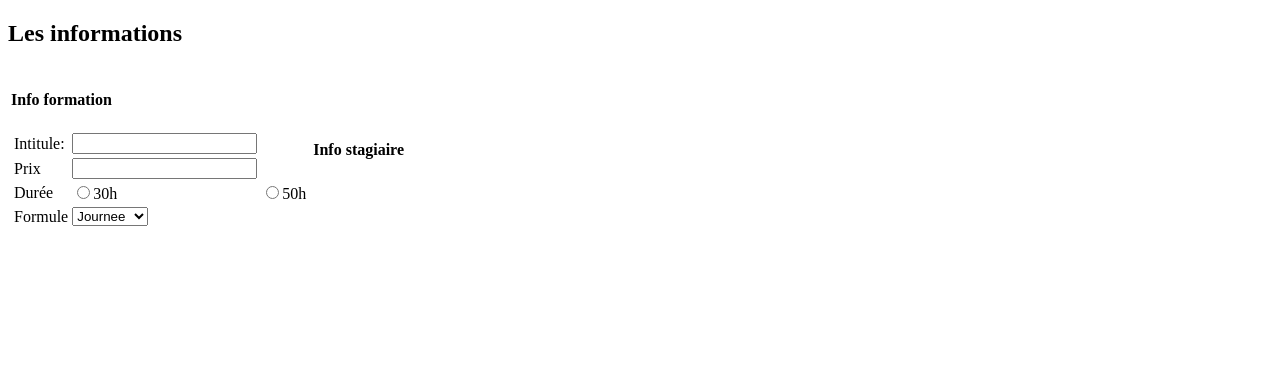
Repository: imouahrani/Gestion-des-stagiaires_JAVAEE
Page: http://localhost/TestProject/Formation.jsp
These files come from the project's save history. The page is drawn as it stood at one moment and after the next save; the edit follows.
The browser window is 1280 px wide. The pictures show the whole page.
The page is served by Tomcat 9. The template is opened directly, without the code that normally fills it, so the values that code supplies are empty.

Above is the page before, as saved 2018-08-01 12:28:12.

After the next save:
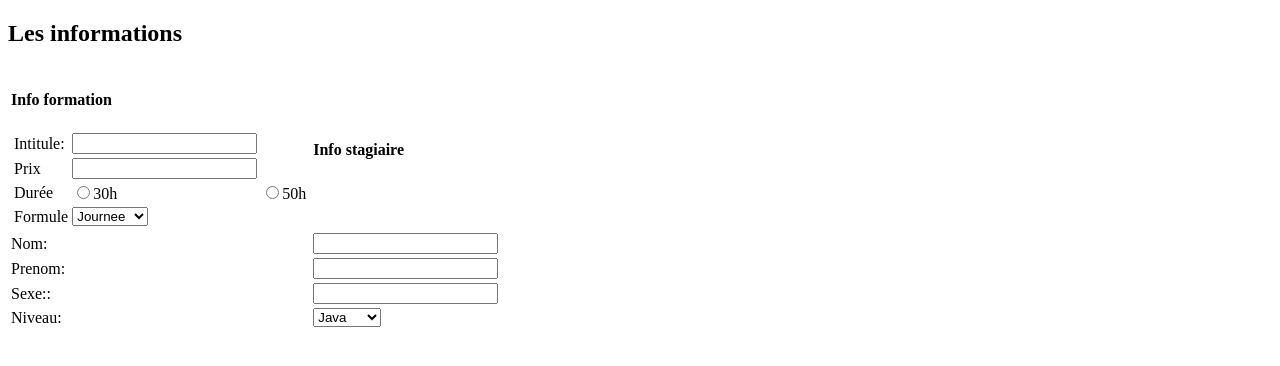
Saved 4 min 39 s later.
--- a/Formation Java Entreprise Edition/TestProject/WebContent/Formation.jsp
+++ b/Formation Java Entreprise Edition/TestProject/WebContent/Formation.jsp
@@ -49,7 +49,7 @@
 							<td>Formule</td>
 							<td>
 
-							<select>
+							<select name = "formule">
 							<option>Journee</option>
 							<option>Soir</option>
 							<option>weekend</option>
@@ -90,9 +90,51 @@
 					<h4>Info stagiaire</h4>
 
 
+<tr>
+							<td>Nom:</td>
+							<td><input type="text" name="nom"></td>
+
+
+						</tr>
+<tr>
+							<td>Prenom:</td>
+							<td><input type="text" name="prenom"></td>
+
+
+						</tr>
+
+<tr>
+							<td>Sexe::</td>
+							<td><input type="text" name="sexe"></td>
+
+
+						</tr>
+<tr>
+							<td>Niveau:</td>
+							<td>
+
+							<select name="f">
+							<option>Java</option>
+							<option>Python</option>
+							<option>JavaEE</option>
 
 
 
+
+
+
+							</select>
+
+
+
+
+
+
+
+							</td>
+
+
+						</tr>
 
 				</td>
 
